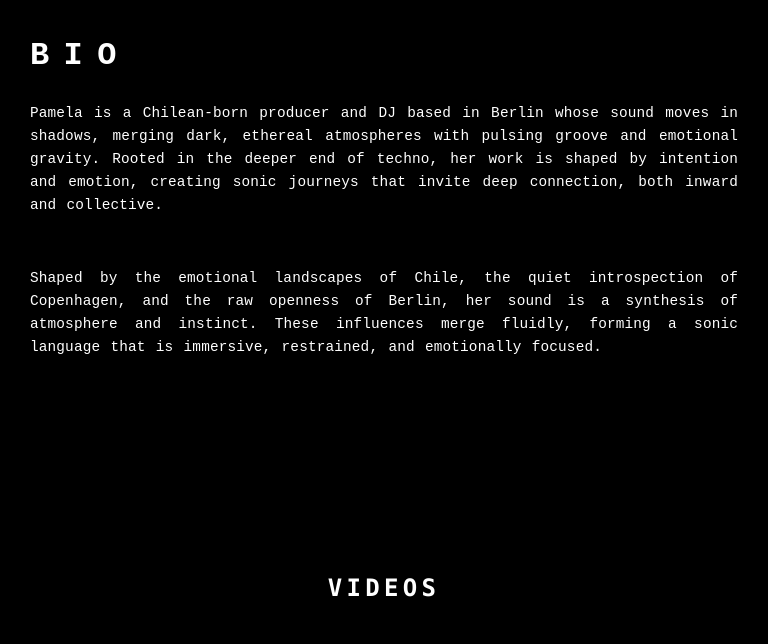
Repository: Svartalv/ReactPortfolio
Page: /
These files come from the project's save history. The page is drawn as it stood at one moment and after the next save; the edit follows.
The browser window is 768 px wide. The pictures show the part of the page from y = 1249 to 1893 px (the page is 6829 px tall before and 7706 px after).
Pictures or frames that could not be fetched are drawn as grey boxes. The project was rebuilt for these pictures with package versions that can differ from the ones it lists, and the page was loaded fresh each time. Also part of the build but not shown: vite.config.js, src/components/Modal.jsx.

Above is the page before, as saved 2025-10-10 16:22:01.

### index.html
<!doctype html>
<html lang="en">
  <head>
    <meta charset="UTF-8" />
    <link rel="icon" type="image/svg+xml" href="/vite.svg" />
    <meta name="viewport" content="width=device-width, initial-scale=1.0" />
    <link rel="preconnect" href="https://fonts.googleapis.com">
    <link rel="preconnect" href="https://fonts.gstatic.com" crossorigin>
    <link href="https://fonts.googleapis.com/css2?family=Cinzel:wght@400;500;600&display=swap" rel="stylesheet">
    <title>react-presskit</title>
  </head>
  <body>
    <div id="root"></div>
    <script type="module" src="/src/main.jsx"></script>
  </body>
</html>

### src/index.css
:root { --bg:#000; --fg:#fff; }
*{box-sizing:border-box;margin:0;padding:0}
html,body,#root{height:100%}
body{
  font-family: ui-monospace, SFMono-Regular, Menlo, Monaco, Consolas, "Liberation Mono", "Courier New", monospace;
  background:var(--bg);
  color:var(--fg);
  line-height:1.6;
  scroll-behavior:smooth;
}

/* NAVBAR */
.navbar{position:sticky;top:0;z-index:50;background:#000;backdrop-filter:blur(10px)}
.nav-container{max-width:1200px;margin:0 auto;padding:20px 40px;display:flex;justify-content:center;align-items:center}
.nav-menu{list-style:none;display:flex;gap:3rem;margin:0;padding:0}
.navbar a{color:#fff;text-decoration:none;opacity:.55;text-transform:uppercase;letter-spacing:.12em;font-size:.9rem;font-weight:500;transition:opacity .3s ease}
.navbar a:hover{opacity:.95}
.mobile-menu-toggle{display:none;background:none;border:none;color:#fff;cursor:pointer;padding:8px}

/* HERO */
.hero{min-height:100vh;position:relative;overflow:hidden;display:flex;align-items:center;justify-content:flex-end;padding-right:20px}
.hero-bg{position:absolute;top:0;left:0;width:100%;height:100%;background-size:cover;background-position:center;background-repeat:no-repeat;background-attachment:fixed}
.floating-social-icons{position:fixed;top:50%;right:30px;transform:translateY(-50%);display:flex;flex-direction:column;gap:25px;z-index:100;opacity:0;animation:fadeInRight 1.5s ease-out 2s forwards}
.floating-social-icons a{color:rgba(255,255,255,.8);padding:12px;width:45px;height:45px;display:grid;place-items:center;text-decoration:none;border-radius:50%;transition:transform .2s, color .2s;font-size:18px;background:none;border:none}
.floating-social-icons a:hover{color:#fff;transform:scale(1.1)}

/* PARALLAX SECTION */
.parallax-section{height:60vh;position:relative;overflow:hidden}
.parallax-bg{position:absolute;top:-20%;left:0;width:100%;height:140%;background-size:cover;background-position:center;background-repeat:no-repeat;background-attachment:fixed;filter:brightness(0.8)}

/* GENERIC SECTIONS */
section{padding:90px 20px}
h2{text-transform:uppercase;letter-spacing:.18em;text-align:center;margin-bottom:36px;font-weight:700}

/* BIO SECTION */
.bio-section { padding: 0; margin-top: 80px; }
.bio-container { display: flex; min-height: 70vh; }
.bio-image { flex: 0 0 40%; position: relative; overflow: hidden; }
.bio-image img { width: 100%; height: 100%; object-fit: cover; display: block; }
.bio-image::before { content: ''; position: absolute; top: 0; left: 0; right: 0; bottom: 0; background: linear-gradient(45deg, rgba(0,0,0,0.1), transparent); z-index: 1; }
.bio-content { flex: 0 0 60%; background: #000; padding: 100px 100px 100px 100px; display: flex; flex-direction: column; justify-content: center; position: relative; }
.bio-content h2 {
  text-align: left;
  margin-bottom: 100px;
  font-size: 3.2rem;
  font-weight: 700;
  letter-spacing: .45em;
  line-height: 1.0;
  opacity: 0;
  font-family: 'Courier New', 'Monaco', 'Menlo', monospace;
  color: #fff;
  text-transform: uppercase;
  transform: translateY(30px);
  transition: all 0.8s ease-out;
}

.bio-content h2.animate {
  opacity: 1;
  transform: translateY(0);
}
.bio-text { margin-bottom: 60px; }
.paragraph-text {
  font-size: 1.1rem;
  line-height: 2.2;
  color: #fff;
  font-weight: 500;
  letter-spacing: 0.01em;
  font-family: 'Courier New', 'Monaco', 'Menlo', monospace;
  opacity: 0;
  margin-bottom: 50px;
  text-align: justify;
  text-justify: inter-word;
  word-spacing: 0.1em;
  transform: translateY(20px);
  transition: all 0.8s ease-out;
}

.paragraph-text.animate {
  opacity: 1;
  transform: translateY(0);
}

.bio-social-icons {
  position: fixed;
  right: 40px;
  top: 50%;
  transform: translateY(-50%);
  display: flex;
  flex-direction: column;
  gap: 25px;
  z-index: 1000;
}

.bio-social-icons a {
  color: #fff;
  text-decoration: none;
  transition: opacity 0.2s;
  font-size: 24px;
}

.bio-social-icons a:hover {
  opacity: 0.7;
}

/* Animations */
@keyframes fadeInUp {
  from {
    opacity: 0;
    transform: translateY(40px);
  }
  to {
    opacity: 1;
    transform: translateY(0);
  }
}

@keyframes fadeInRight {
  from {
    opacity: 0;
    transform: translateY(-50%) translateX(40px);
  }
  to {
    opacity: 1;
    transform: translateY(-50%) translateX(0);
  }
}

@keyframes blink {
  0%, 50% { opacity: 1; }
  51%, 100% { opacity: 0; }
}

@keyframes smoothBlink {
  0%, 60% { opacity: 1; }
  61%, 100% { opacity: 0.3; }
}

@keyframes fadeInParagraph {
  from {
    opacity: 0;
    transform: translateY(20px);
  }
  to {
    opacity: 1;
    transform: translateY(0);
  }
}

/* VIDEO GALLERY */
.video-gallery{display:grid;grid-template-columns:repeat(auto-fit,minmax(340px,1fr));gap:28px;max-width:1200px;margin:0 auto}
.video-item{background:rgba(255,255,255,.05);border-radius:12px;overflow:hidden}
.video-item.featured { grid-column: span 2; }
.video-thumbnail{height:260px}
.video-thumbnail iframe { width: 100%; height: 100%; border: 0; }
.video-info{padding:16px;text-align:center}

@media (max-width: 768px) {
  .video-item.featured { grid-column: span 1; }
  .video-thumbnail { height: 200px; }

  /* Mobile Navbar */
  .nav-container { padding: 15px 20px; justify-content: space-between; }
  .mobile-menu-toggle { display: block; }
  .nav-menu {
    position: fixed;
    top: 70px;
    left: -100%;
    width: 100%;
    height: calc(100vh - 70px);
    background: rgba(0,0,0,0.95);
    backdrop-filter: blur(10px);
    flex-direction: column;
    justify-content: flex-start;
    align-items: center;
    padding-top: 50px;
    gap: 2rem;
    transition: left 0.3s ease;
  }
  .nav-menu-open { left: 0; }
  .navbar a { font-size: 1.1rem; opacity: 0.8; }

  .hero { padding-right: 20px; }
  .hero .social-icons { gap: 20px; }
  .hero-bg { background-attachment: scroll; }
  .parallax-bg { background-attachment: scroll; }

  /* Mobile Bio */
  .bio-section { margin-top: 60px; }
  .bio-container { flex-direction: column; }
  .bio-image { flex: 0 0 40vh; }
  .bio-content { flex: 1; padding: 40px 30px; }
  .bio-content h2 { font-size: 2rem; margin-bottom: 30px; }
  .bio-text { margin-bottom: 30px; }
  .paragraph-text { font-size: 0.9rem; line-height: 1.6; }
  .floating-social-icons { right: 15px; gap: 15px; }
  .floating-social-icons a { width: 40px; height: 40px; font-size: 16px; }
}

/* MOVIE TRAILER SECTION */
.trailer-section {
  background: #000;
  padding: 80px 0;
  min-height: 100vh;
}

.trailer-header {
  text-align: center;
  margin-bottom: 60px;
}

.trailer-header h2 {
  font-family: 'Courier New', 'Monaco', 'Menlo', monospace;
  font-size: 3rem;
  font-weight: 700;
  letter-spacing: 0.4em;
  color: #fff;
  text-transform: uppercase;
  opacity: 0;
  transform: translateY(30px);
  transition: all 0.8s ease-out;
}

.trailer-header h2.animate {
  opacity: 1;
  transform: translateY(0);
}

.trailer-grid {
  max-width: 1800px;
  margin: 0 auto;
  padding: 0 40px;
  display: grid;
  grid-template-columns: repeat(auto-fit, minmax(450px, 1fr));
  gap: 40px;
}

.trailer-card {
  opacity: 0;
  transform: translateY(40px);
  transition: all 0.8s ease-out;
}

.trailer-card.animate {
  opacity: 1;
  transform: translateY(0);
}

.trailer-player {
  position: relative;
  width: 100%;
  height: 280px;
  background: #111;
  border-radius: 8px;
  overflow: hidden;
  box-shadow: 0 10px 25px rgba(0, 0, 0, 0.3);
  transition: all 0.3s ease;
}

.trailer-card:hover .trailer-player {
  transform: translateY(-8px);
  box-shadow: 0 20px 40px rgba(0, 0, 0, 0.5);
}

.trailer-player iframe {
  width: 100%;
  height: 100%;
  border: none;
}

.trailer-title {
  margin-top: 20px;
  text-align: center;
}

.trailer-title h3 {
  font-family: 'Courier New', 'Monaco', 'Menlo', monospace;
  font-size: 1.1rem;
  font-weight: 500;
  color: #fff;
  letter-spacing: 0.1em;
  text-transform: uppercase;
}

/* Mobile Responsive */
@media (max-width: 768px) {
  .trailer-section { padding: 60px 0; }
  .trailer-header h2 { font-size: 2.2rem; letter-spacing: 0.3em; }
  .trailer-grid {
    grid-template-columns: 1fr;
    gap: 30px;
    padding: 0 20px;
  }
  .trailer-player { height: 220px; }
}
.photo-item{width:220px;height:220px;margin:0 auto;border-radius:10px;overflow:hidden;background:rgba(255,255,255,.05);cursor:pointer;transition:transform .18s ease}
.photo-item:hover { transform: translateY(-4px); }
.photo-item img { width: 100%; height: 100%; object-fit: cover; display: block; }

/* EVENTS */
.events-section .ra-integration{display:grid;grid-template-columns:1fr 2fr;gap:36px;max-width:1100px;margin:0 auto;text-align:left}
.ra-profile { background: rgba(255,255,255,0.05); padding: 20px; border-radius: 10px; }
.ra-link{color:#fff;border:1px solid #fff;padding:10px 16px;border-radius:6px;display:inline-block;margin-top:10px;text-decoration:none}
.event-list { display: flex; flex-direction: column; gap: 12px; }
.event-item{display:flex;gap:16px;align-items:center;background:rgba(255,255,255,.05);padding:16px;border-radius:8px}
.event-date { background: rgba(255,255,255,0.1); padding: 6px 10px; border-radius: 6px; min-width: 90px; text-align: center; }
.events-list { list-style: none; padding: 0; max-width: 700px; margin: 20px auto 0; }
.events-list li { padding: 8px 0; border-bottom: 1px solid rgba(255,255,255,0.1); }

/* TECH RIDER */
.tech-content{max-width:600px;margin:0 auto;display:flex;justify-content:center}
.tech-category { background: rgba(255,255,255,0.05); padding: 24px; border-radius: 8px; }
.tech-category h3 { margin-bottom: 12px; }
.tech-category ul { list-style: none; padding: 0; margin: 0; }
.tech-category li { padding: 10px 0; border-bottom: 1px solid rgba(255,255,255,0.1); }
.tech-category li:last-child { border-bottom: none; }

/* CONTACT */
.contact-section { text-align: center; }

/* MODAL */
.modal-overlay { position: fixed; inset: 0; background: rgba(0,0,0,0.9); display: flex; align-items: center; justify-content: center; z-index: 1000; padding: 20px; }
.modal-content { position: relative; max-width: 90%; max-height: 90%; }
.modal-image { max-width: 100%; max-height: 100%; object-fit: contain; border-radius: 8px; }
.modal-close { position: absolute; top: -40px; right: 0; background: none; border: none; color: #fff; font-size: 2rem; cursor: pointer; }

### src/App.jsx
import { useState } from 'react'
import Navbar from './components/Navbar'
import Hero from './components/Hero'
import Bio from './components/Bio'
import Videos from './components/Videos'
import Parallax from './components/Parallax'
import Photos from './components/Photos'
import Events from './components/Events'
import TechRider from './components/TechRider'
import Contact from './components/Contact'
import Modal from './components/Modal'

function App() {
  const [modalImage, setModalImage] = useState(null)

  const openModal = (src) => {
    setModalImage(src)
    document.body.style.overflow = 'hidden'
  }

  const closeModal = () => {
    setModalImage(null)
    document.body.style.overflow = 'auto'
  }

  return (
    <div id="app">
      <Navbar />
      <Hero />
      <Bio />
      <Videos openModal={openModal} />
      <Parallax />
      <Photos openModal={openModal} />
      <Events />
      <TechRider />
      <Contact />
      <Modal modalImage={modalImage} closeModal={closeModal} />
      </div>
  )
}

export default App

### src/components/Navbar.jsx
import { useState, useCallback } from 'react'
import { FaBars, FaTimes } from 'react-icons/fa'

const Navbar = () => {
  const [isMobileMenuOpen, setIsMobileMenuOpen] = useState(false)

  const scrollToSection = useCallback((id) => {
    const el = document.getElementById(id)
    if (el) el.scrollIntoView({ behavior: 'smooth' })
    setIsMobileMenuOpen(false) // Close mobile menu when navigating
  }, [])

  return (
    <nav className="navbar">
      <div className="nav-container">
        <button className="mobile-menu-toggle" onClick={() => setIsMobileMenuOpen(!isMobileMenuOpen)}>
          {isMobileMenuOpen ? <FaTimes size={20} /> : <FaBars size={20} />}
        </button>
        <ul className={`nav-menu ${isMobileMenuOpen ? 'nav-menu-open' : ''}`}>
          <li><a href="#home" onClick={(e) => { e.preventDefault(); scrollToSection('home') }}>Home</a></li>
          <li><a href="#bio" onClick={(e) => { e.preventDefault(); scrollToSection('bio') }}>Bio</a></li>
          <li><a href="#videos" onClick={(e) => { e.preventDefault(); scrollToSection('videos') }}>Videos</a></li>
          <li><a href="#photos" onClick={(e) => { e.preventDefault(); scrollToSection('photos') }}>Photos</a></li>
          <li><a href="#events" onClick={(e) => { e.preventDefault(); scrollToSection('events') }}>Events</a></li>
          <li><a href="#tech" onClick={(e) => { e.preventDefault(); scrollToSection('tech') }}>Tech Rider</a></li>
          <li><a href="#contact" onClick={(e) => { e.preventDefault(); scrollToSection('contact') }}>Contact</a></li>
        </ul>
      </div>
    </nav>
  )
}

export default Navbar

### src/components/Hero.jsx
import { FaSpotify, FaSoundcloud, FaInstagram } from 'react-icons/fa'

const Hero = () => {
  return (
    <section id="home" className="hero">
      <div className="hero-bg" style={{backgroundImage: "url('/assets/hero/hero-1.jpeg')"}}></div>
    </section>
  )
}

export default Hero

### src/components/Bio.jsx
import { FaSpotify, FaSoundcloud, FaInstagram } from 'react-icons/fa'
import { useState, useEffect } from 'react'

const Bio = () => {
  const [isVisible, setIsVisible] = useState(false)

  useEffect(() => {
    const observer = new IntersectionObserver(
      ([entry]) => {
        if (entry.isIntersecting) {
          setIsVisible(true)
        }
      },
      { threshold: 0.3 }
    )

    const bioSection = document.getElementById('bio')
    if (bioSection) {
      observer.observe(bioSection)
    }

    return () => observer.disconnect()
  }, [])

  const paragraph1 = `Pamela is a Chilean-born producer and DJ based in Berlin whose sound moves in shadows, merging dark, ethereal atmospheres with pulsing groove and emotional gravity. Rooted in the deeper end of techno, her work is shaped by intention and emotion, creating sonic journeys that invite deep connection, both inward and collective.`

  const paragraph2 = `Shaped by the emotional landscapes of Chile, the quiet introspection of Copenhagen, and the raw openness of Berlin, her sound is a synthesis of atmosphere and instinct. These influences merge fluidly, forming a sonic language that is immersive, restrained, and emotionally focused.`

  return (
    <section id="bio" className="bio-section">
      <div className="bio-container">
        <div className="bio-image">
          <img src="/assets/bio-image.jpg" alt="Pamela Svart" />
        </div>
        <div className="bio-content">
          <h2 className={isVisible ? 'animate' : ''}>BIO</h2>
          <div className="bio-text">
            <div className={`paragraph-text ${isVisible ? 'animate' : ''}`}>
              {paragraph1}
            </div>
            <div className={`paragraph-text ${isVisible ? 'animate' : ''}`}>
              {paragraph2}
            </div>
          </div>
          <div className="bio-social-icons">
            <a href="https://open.spotify.com/artist/2DHGsoZWpcTUcY8x6tct8n" target="_blank" rel="noreferrer" title="Spotify"><FaSpotify size={24} /></a>
            <a href="https://soundcloud.com/pamela-svart" target="_blank" rel="noreferrer" title="SoundCloud"><FaSoundcloud size={24} /></a>
            <a href="https://www.instagram.com/pamelasvart/" target="_blank" rel="noreferrer" title="Instagram"><FaInstagram size={24} /></a>
            <a href="https://ra.co/dj/pamelasvart" target="_blank" rel="noreferrer" title="Resident Advisor" style={{fontSize:16,letterSpacing:".18em"}}>RA</a>
          </div>
        </div>
      </div>
    </section>
  )
}

export default Bio

### src/components/Videos.jsx
import { useState, useEffect } from 'react'

const Videos = ({ openModal }) => {
  const [isVisible, setIsVisible] = useState(false)

  const videos = [
    {
      id: 'hor-latest',
      title: 'HÖR Berlin - Latest Set',
      embedUrl: 'https://www.youtube.com/embed/UPMVv5elCls?modestbranding=1&rel=0&showinfo=0'
    },
    {
      id: 'gimic-radio',
      title: 'Gimic Radio Brussels',
      embedUrl: 'https://www.youtube.com/embed/B2bWISebXjM?start=1423&modestbranding=1&rel=0&showinfo=0'
    },
    {
      id: 'hand-of-blood',
      title: 'Hand of Blood - Techno Freitag',
      embedUrl: 'https://www.youtube.com/embed/m7WoV6CYoUI?start=3308&modestbranding=1&rel=0&showinfo=0'
    },
    {
      id: 'loone-radio',
      title: 'Loone Radio',
      embedUrl: 'https://www.youtube.com/embed/TmlyVpqfIys?start=1130&modestbranding=1&rel=0&showinfo=0'
    },
    {
      id: 'backside-radio',
      title: 'Backside Radio',
      embedUrl: 'https://www.youtube.com/embed/pTsK7j8GOws?modestbranding=1&rel=0&showinfo=0'
    },
    {
      id: 'hor-previous',
      title: 'HÖR Berlin',
      embedUrl: 'https://www.youtube.com/embed/Mid2HTmAWl8?start=3&modestbranding=1&rel=0&showinfo=0'
    }
  ]

  useEffect(() => {
    const observer = new IntersectionObserver(
      ([entry]) => {
        if (entry.isIntersecting) {
          setIsVisible(true)
        }
      },
      { threshold: 0.2 }
    )

    const videosSection = document.getElementById('videos')
    if (videosSection) {
      observer.observe(videosSection)
    }

    return () => observer.disconnect()
  }, [])

  return (
    <section id="videos" className="videos-section">
      <div className="videos-header">
        <h2 className={isVisible ? 'animate' : ''}>VIDEOS</h2>
      </div>

      <div className="videos-container">
        {videos.map((video, index) => (
          <div
            key={video.id}
            className={`video-poster ${isVisible ? 'animate' : ''}`}
            style={{ animationDelay: `${index * 0.3}s` }}
          >
            <div className="video-thumbnail">
              <iframe
                src={video.embedUrl}
                title={video.title}
                allow="accelerometer; autoplay; clipboard-write; encrypted-media; gyroscope; picture-in-picture; web-share"
                allowFullScreen
              />
            </div>
            <div className="video-title">
              <h3>{video.title}</h3>
            </div>
          </div>
        ))}
      </div>
    </section>
  )
}

export default Videos

### src/components/Parallax.jsx
const Parallax = () => {
  return (
    <section className="parallax-section">
      <div className="parallax-bg" style={{backgroundImage: "url('/assets/runes.jpg')"}}></div>
    </section>
  )
}

export default Parallax

### src/components/Photos.jsx
const Photos = ({ openModal }) => {
  return (
    <section id="photos" className="photo-gallery-section">
      <h2>Photo Gallery</h2>
      <div className="photo-grid">
        {Array.from({ length: 6 }).map((_, i) => (
          <div key={i} className="photo-item" onClick={() => openModal('/assets/bio-image.jpg')}>
            <img src="/assets/bio-image.jpg" alt="Pamela Svart" />
          </div>
        ))}
      </div>
    </section>
  )
}

export default Photos

### src/components/Events.jsx
const Events = () => {
  return (
    <section id="events" className="events-section">
      <h2>Latest Events & Gigs</h2>
      <div className="ra-integration">
        <div className="ra-profile">
          <h3>Resident Advisor</h3>
          <p className="ra-text">Follow on Resident Advisor for the latest events and bookings:</p>
          <a className="ra-link" href="https://ra.co/dj/pamelasvart" target="_blank" rel="noreferrer">View Full Profile</a>
        </div>
        <div className="recent-events">
          <h3>Upcoming Events 2025</h3>
          <div className="event-list">
            <div className="event-item">
              <div className="event-date">Aug 17, 2025</div>
              <div className="event-details">
                <h4>MIAW: Pride After Party</h4>
                <p>Jolene, Copenhagen - Denmark</p>
                <span className="event-type">Club Night</span>
              </div>
            </div>
            <div className="event-item">
              <div className="event-date">Aug 11, 2025</div>
              <div className="event-details">
                <h4>SINGULARITY</h4>
                <p>Tresor, Berlin - Germany</p>
                <span className="event-type">Club Night</span>
              </div>
            </div>
          </div>
        </div>
      </div>

      <h3>Past Events 2024</h3>
      <ul className="events-list past">
        <li><strong>Nov 28, 2024:</strong> HÖR Berlin, Berlin - Germany</li>
        <li><strong>Sep 30, 2024:</strong> SINGULARITY, Watergate, Berlin - Germany</li>
      </ul>
    </section>
  )
}

export default Events

### src/components/TechRider.jsx
const TechRider = () => {
  return (
    <section id="tech" className="tech-section">
      <h2>Tech Rider</h2>
      <div className="tech-content">
        <div className="tech-category">
          <h3>DJ Equipment</h3>
          <ul>
            <li>3-4x CDJ-3000 or CDJ-2000NXS2</li>
            <li>1x Xone 96/92 or DJM-V10 or DJM-900NXS2</li>
            <li>1x Headphones (Sennheiser HD-25 or similar)</li>
          </ul>
        </div>
      </div>
    </section>
  )
}

export default TechRider

### src/components/Contact.jsx
const Contact = () => {
  return (
    <section id="contact" className="contact-section">
      <h2>Contact</h2>
      <p>pamelasvart@gmail.com</p>
    </section>
  )
}

export default Contact

Loaded but not shown: src/main.jsx (common file)

After the next save:
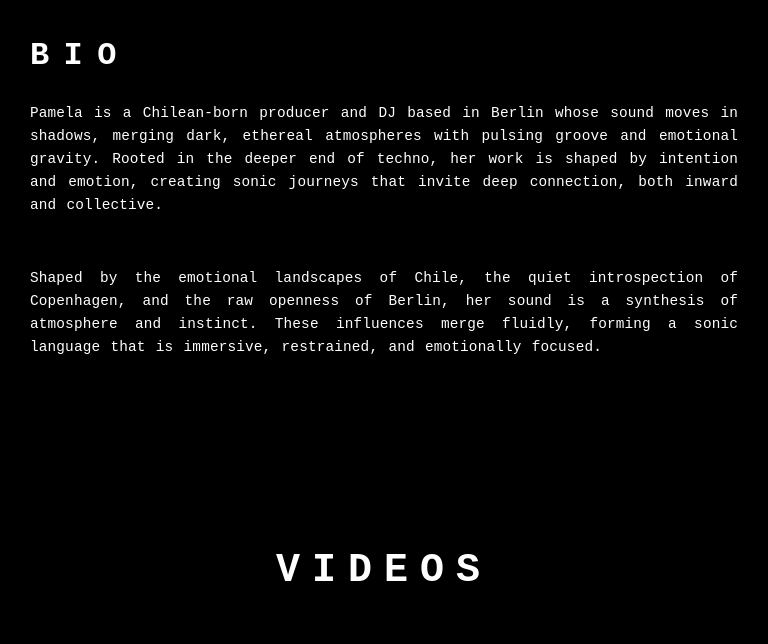
Saved 17 s later.
--- a/src/index.css
+++ b/src/index.css
@@ -196,21 +196,21 @@ h2{text-transform:uppercase;letter-spacing:.18em;text-align:center;margin-bottom
   .floating-social-icons a { width: 40px; height: 40px; font-size: 16px; }
 }
 
-/* MOVIE TRAILER SECTION */
-.trailer-section {
+/* VIDEOS SECTION - ONE BY ONE */
+.videos-section {
   background: #000;
   padding: 80px 0;
   min-height: 100vh;
 }
 
-.trailer-header {
+.videos-header {
   text-align: center;
-  margin-bottom: 60px;
-}
-
-.trailer-header h2 {
+  margin-bottom: 80px;
+}
+
+.videos-header h2 {
   font-family: 'Courier New', 'Monaco', 'Menlo', monospace;
-  font-size: 3rem;
+  font-size: 3.5rem;
   font-weight: 700;
   letter-spacing: 0.4em;
   color: #fff;
@@ -220,77 +220,78 @@ h2{text-transform:uppercase;letter-spacing:.18em;text-align:center;margin-bottom
   transition: all 0.8s ease-out;
 }
 
-.trailer-header h2.animate {
+.videos-header h2.animate {
   opacity: 1;
   transform: translateY(0);
 }
 
-.trailer-grid {
-  max-width: 1800px;
+.videos-container {
+  max-width: 1200px;
   margin: 0 auto;
   padding: 0 40px;
-  display: grid;
-  grid-template-columns: repeat(auto-fit, minmax(450px, 1fr));
-  gap: 40px;
-}
-
-.trailer-card {
+  display: flex;
+  flex-direction: column;
+  gap: 100px;
+}
+
+.video-poster {
   opacity: 0;
-  transform: translateY(40px);
-  transition: all 0.8s ease-out;
-}
-
-.trailer-card.animate {
+  transform: translateY(60px);
+  transition: all 1s ease-out;
+}
+
+.video-poster.animate {
   opacity: 1;
   transform: translateY(0);
 }
 
-.trailer-player {
+.video-thumbnail {
   position: relative;
   width: 100%;
-  height: 280px;
+  height: 400px;
   background: #111;
-  border-radius: 8px;
+  border-radius: 12px;
   overflow: hidden;
-  box-shadow: 0 10px 25px rgba(0, 0, 0, 0.3);
+  box-shadow: 0 20px 40px rgba(0, 0, 0, 0.4);
   transition: all 0.3s ease;
 }
 
-.trailer-card:hover .trailer-player {
-  transform: translateY(-8px);
-  box-shadow: 0 20px 40px rgba(0, 0, 0, 0.5);
-}
-
-.trailer-player iframe {
+.video-poster:hover .video-thumbnail {
+  transform: translateY(-10px);
+  box-shadow: 0 30px 60px rgba(0, 0, 0, 0.6);
+}
+
+.video-thumbnail iframe {
   width: 100%;
   height: 100%;
   border: none;
 }
 
-.trailer-title {
-  margin-top: 20px;
+.video-title {
+  margin-top: 40px;
   text-align: center;
 }
 
-.trailer-title h3 {
+.video-title h3 {
   font-family: 'Courier New', 'Monaco', 'Menlo', monospace;
-  font-size: 1.1rem;
-  font-weight: 500;
-  color: #fff;
-  letter-spacing: 0.1em;
+  font-size: 2.5rem;
+  font-weight: 600;
+  color: #fff;
+  letter-spacing: 0.15em;
   text-transform: uppercase;
+  line-height: 1.2;
 }
 
 /* Mobile Responsive */
 @media (max-width: 768px) {
-  .trailer-section { padding: 60px 0; }
-  .trailer-header h2 { font-size: 2.2rem; letter-spacing: 0.3em; }
-  .trailer-grid {
-    grid-template-columns: 1fr;
-    gap: 30px;
+  .videos-section { padding: 60px 0; }
+  .videos-header h2 { font-size: 2.5rem; letter-spacing: 0.3em; }
+  .videos-container {
+    gap: 60px;
     padding: 0 20px;
   }
-  .trailer-player { height: 220px; }
+  .video-thumbnail { height: 250px; }
+  .video-title h3 { font-size: 1.8rem; }
 }
 .photo-item{width:220px;height:220px;margin:0 auto;border-radius:10px;overflow:hidden;background:rgba(255,255,255,.05);cursor:pointer;transition:transform .18s ease}
 .photo-item:hover { transform: translateY(-4px); }
